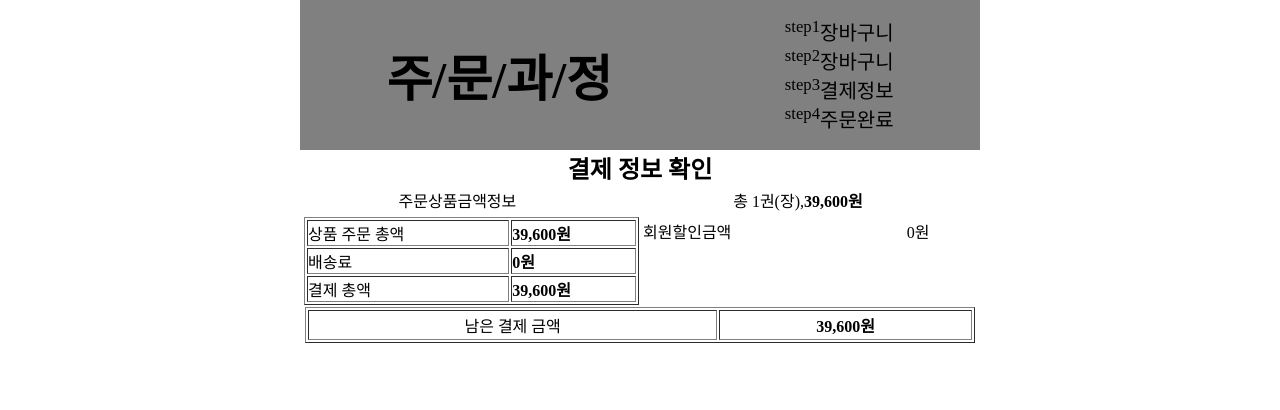
Repository: kym-1000/book
Page: http://localhost/book/WEB-INF/views/cart/pay.jsp
These files come from the project's save history. The page is drawn as it stood at one moment and after the next save; the edit follows.
The browser window is 1280 px wide. The pictures show the whole page.
The page is served by Tomcat 9. Nobody is signed in. The template is opened directly, without the code that normally fills it, so the values that code supplies are empty.

Above is the page before, as saved 2023-01-02 07:46:52.

After the next save:
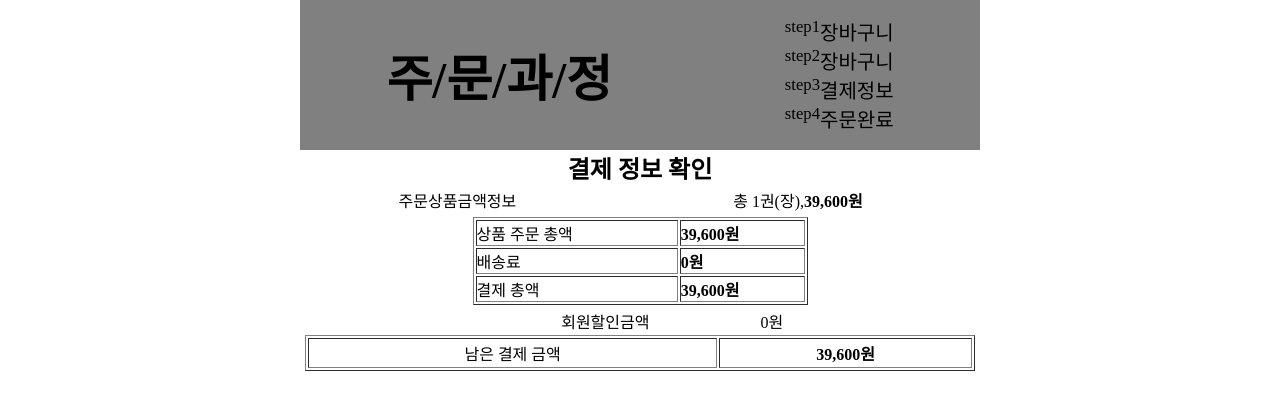
Saved 36 s later.
--- a/book/book/src/main/webapp/WEB-INF/views/cart/pay.jsp
+++ b/book/book/src/main/webapp/WEB-INF/views/cart/pay.jsp
@@ -62,11 +62,7 @@
                   </tbody>
                 </table>
                 </td>
-                <td width="335" height="28" align="left" valign="top" class="td4">
 
-                <span id="curExchangeCashMoney" style="display:none;">0</span>
-                <span style="display:none;">0</span><span style="display:none;">0</span><span  style="display:none;">0</span>
-                <span  style="display:none;">0</span>
                 <table width="335" >
 
                   <tbody>
